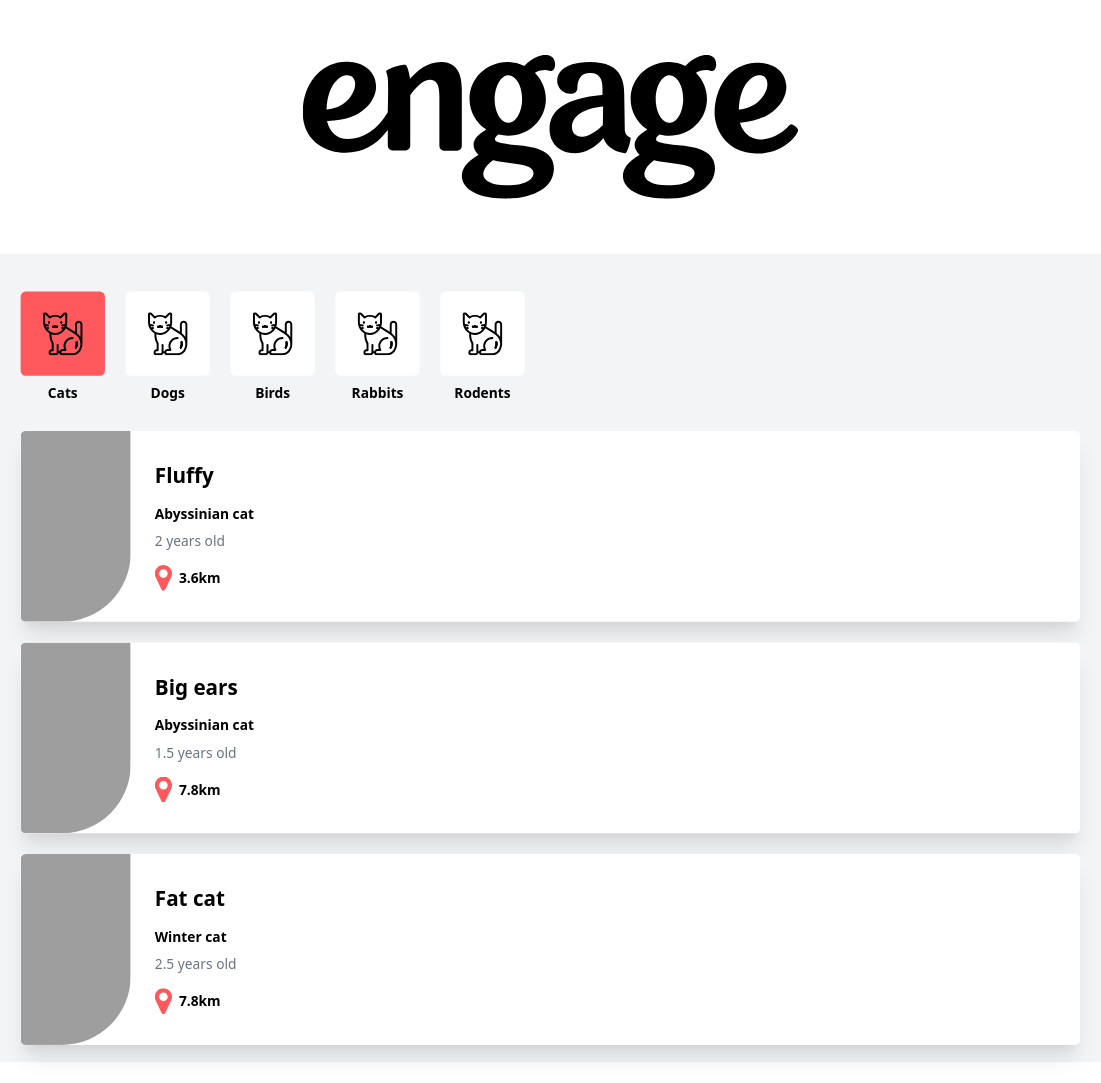
Repository: DaveBaulch/engage-tech-test
Page: /
The author's editor kept a copy of each file at every save. The page is drawn from the files as they stood at one save, then again after the next save.
The browser window is 1280 px wide. The pictures show the whole page, at 86% of full size.
Pictures or frames that could not be fetched are drawn as grey boxes. The project was rebuilt for these pictures with package versions that can differ from the ones it lists, and the page was loaded fresh each time. Also part of the build but not shown: src/store/index.js.

Above is the page before, as saved 2021-05-25 22:56:09.

### src/main.js
import Vue from "vue";
import App from "./App.vue";
import router from "./router";
import store from "./store";
import "./tailwind.css";
import VueMeta from "vue-meta";
import gsap from "gsap";

Vue.config.productionTip = false;
Vue.use(VueMeta);

const animationIsOkay = window.matchMedia(
  "(prefers-reduced-motion:no-preference)"
).matches;

if (animationIsOkay) {
  // setup types
  const setups = {
    hide: {
      opacity: 0,
    },
  };
  setups.hideLeft = { ...setups.hide, x: -40 };
  setups.hideRight = { ...setups.hide, x: 40 };
  setups.hideUp = { ...setups.hide, y: -40 };
  setups.hideDown = { ...setups.hide, y: 40 };
  setups.hideDownFar = { ...setups.hide, y: 100 };

  // animation types
  const animations = {
    appear: {
      duration: 0.6,
      opacity: 1,
      delay: 0,
      x: 0,
      y: 0,
    },
  };
  animations.appearLong = { ...animations.appear, duration: 0.9 };
  animations.appearLongDelay = { ...animations.appearLong, delay: 0.6 };
  animations.appearShort = { ...animations.appear, duration: 0.3 };
  animations.appearShortDelay = { ...animations.appear, delay: 0.3 };
  animations.appearDelay = { ...animations.appear, delay: 0.6 };

  /**
   * v-animate directive
   * v-animate:appear
   * v-animate="{duration: 1, opacity: 1}"
   * v-animate:appear="{duration: 0.2}"
   * v-animate:appear.hide
   * v-animate.hide="{duration: 1, opacity: 1}"
   * v-animate:appear.hide="{duration: 0.2}"
   */

  Vue.directive("animate", {
    // apply setups
    bind(el, binding) {
      let setup = Object.keys(binding.modifiers);
      if (!setup.length) {
        // check for dynamic modifier
        setup = binding.arg.split(".").slice(1);
        setup = binding.arg;
      }
      if (setup.length) {
        setup.forEach((setup) => {
          gsap.set(el, setups[setup]);
        });
      }
    },

    // apply animation
    inserted(el, binding) {
      if (!binding.arg && !binding.value) {
        return; // there is no animation, only a setup
      }

      // remove any dynamic modifiers from the arg
      let arg;
      if (binding.arg) {
        [arg] = binding.arg.split(".");
      }

      // get the animation data from the argument or the value if set
      let animation = arg ? { ...animations[arg] } : binding.value;

      // override default options of animation when both argument and value exist
      if (arg && binding.value) {
        animation = { ...animation, ...binding.value };
      }

      // run gsap on element with animation data
      if (el.nodeName === "IMG" && !el.complete) {
        el.addEventListener("load", () => gsap.to(el, animation));
      } else {
        gsap.to(el, animation);
      }
    },
  });
}

new Vue({
  router,
  store,
  created() {
    const html = document.documentElement; // returns the html tag
    html.setAttribute("lang", "en");
  },
  render: (h) => h(App),
}).$mount("#app");

### src/App.vue
<template>
  <div id="app">
    <transition name="slide" mode="out-in">
      <router-view></router-view>
    </transition>
  </div>
</template>

<script>
export default {
  name: "App",
};
</script>

<style>
.slide-enter-active {
  animation: slide-in 200ms ease-out forwards;
}

.slide-leave-active {
  animation: slide-out 200ms ease-out forwards;
}

@keyframes slide-in {
  from {
    opacity: 0;
    transform: translateY(-30px);
  }
  to {
    opacity: 1;
    transform: translateY(0);
  }
}

@keyframes slide-out {
  from {
    opacity: 1;
    transform: translateY(0);
  }
  to {
    opacity: 0;
    transform: translateY(-30px);
  }
}

/* If animations are reduced at the OS level, use simpler transitions */
@media screen and (prefers-reduced-motion: reduce) {
  .slide-enter-active,
  .slide-leave-active {
    animation: none !important;
  }
}
</style>

### src/router/index.js
import Vue from 'vue';
import VueRouter from 'vue-router';
import Index from '../views/Index.vue';

Vue.use(VueRouter);

const routes = [
  {
    path: '/index/:categoryId',
    name: 'index',
    component: Index
  },
  {
    path: '/detail/:itemId',
    name: 'detail',
    // route level code-splitting
    // this generates a separate chunk (about.[hash].js) for this route
    // which is lazy-loaded when the route is visited.
    component: () =>
      import(/* webpackChunkName: "about" */ '../views/Detail.vue')
  },
  {
    path: '/enquire/:itemId',
    name: 'enquire',
    component: () =>
      import(/* webpackChunkName: "about" */ '../views/Enquire.vue')
  },
  { path: '*', redirect: '/index/cats' }
];

const router = new VueRouter({
  mode: 'history',
  base: process.env.BASE_URL,
  routes
});

export default router;

### src/views/Index.vue
<template>
  <div>
    <TheHeader />
    <main class="bg-gray-100" role="main">
      <TheNavigation />
      <TheItemList />
    </main>
  </div>
</template>

<script>
// @ is an alias to /src
import TheHeader from "@/components/global/TheHeader.vue";
import TheNavigation from "@/components/global/TheNavigation.vue";
import TheItemList from "@/components/ItemList.vue";

export default {
  name: "Home",
  components: {
    TheHeader,
    TheNavigation,
    TheItemList,
  },
  metaInfo() {
    return {
      title: "Index",
    };
  },
};
</script>

### src/components/global/TheHeader.vue
<template>
  <header class="p-16">
    <h1>
      <TheLogo
        width="50%"
        class="flex justify-center motion-reduce:transition-none"
        v-animate:appearShortDelay.hideUp
      />
    </h1>
  </header>
</template>

<script>
import TheLogo from "@/components/global/TheLogo";

export default {
  name: "TheHeader",
  components: {
    TheLogo,
  },
};
</script>

### src/components/global/TheNavigation.vue
<template>
  <nav aria-label="Categories">
    <ul class="flex items-start p-6 overflow-x-scroll mr-6" role="list">
      <TheNavigationItem
        v-for="item in navData"
        :itemData="item"
        :key="item.id"
      >
        <component :is="item.icon" width="50" height="50"></component>
      </TheNavigationItem>
    </ul>
  </nav>
</template>

<script>
import TheNavigationItem from "@/components/global/NavigationItem";
import IconCat from "@/assets/icon-cat";
import gsap from "gsap";

export default {
  name: "TheNavigation",
  components: {
    TheNavigationItem,
    IconCat,
  },
  computed: {
    navData() {
      return this.$store.getters["getCategorys"];
    },
  },
  mounted() {
    const animationIsOkay = window.matchMedia(
      "(prefers-reduced-motion:no-preference)"
    ).matches;

    if (animationIsOkay) {
      gsap.fromTo(
        ".nav-item",
        {
          y: 0,
          opacity: 0,
        },
        {
          y: 20,
          opacity: 1,
          duration: 0.5,
          stagger: {
            each: 0.25,
          },
        }
      );
    }
  },
};
</script>

### src/components/ItemList.vue
<template>
  <nav aria-live="polite" aria-label="Category items">
    <ul class="m-6 pt-6" role="list">
      <ItemListItem
        v-for="item in categoryItems"
        :itemData="item"
        :key="item.id"
        motion-reduce:transition-none
        motion-reduce:transform-none
      />
    </ul>
  </nav>
</template>

<script>
import ItemListItem from "@/components/ItemListItem";
import gsap from "gsap";

export default {
  name: "ItemList",
  components: {
    ItemListItem,
  },
  computed: {
    categoryItems() {
      return this.$store.getters.getCategoryItems(
        this.$route.params.categoryId
      );
    },
  },
  methods: {
    forceRerender() {
      const animationIsOkay = window.matchMedia(
        "(prefers-reduced-motion:no-preference)"
      ).matches;

      if (animationIsOkay) {
        gsap.fromTo(
          ".list-item",
          {
            y: 0,
            opacity: 0,
          },
          {
            y: -20,
            opacity: 1,
            duration: 1,
            stagger: {
              each: 0.5,
            },
          }
        );
      }
    },
  },
  mounted() {
    this.forceRerender();
  },
  updated() {
    this.forceRerender();
  },
};
</script>

### src/components/ui/BasePin.vue
<template>
  <div class="flex items-center mt-4">
    <img :src="pin" alt="" role="presentation" width="20" />
    <p v-html="location" class="font-semibold ml-2" />
  </div>
</template>

<script>
import mapPin from "@/assets/icon-map-pin.svg";

export default {
  name: "BasePin",
  props: {
    location: {
      type: String,
      default: "",
      required: true,
    },
  },
  data() {
    return {
      pin: mapPin,
    };
  },
};
</script>

### src/components/global/TheLogo.vue
<template>
  <router-link to="/"
    ><img :src="logo" :alt="alt" :width="width"
  /></router-link>
</template>

<script>
import logo from '@/assets/logo.svg';

export default {
  name: 'TheLogo',
  props: {
    src: {
      type: String,
      default: logo,
      required: false
    },
    alt: {
      type: String,
      default: 'Engage',
      required: false
    },
    width: {
      type: String,
      default: '100%',
      required: false
    }
  },

  data() {
    return {
      logo: this.src || logo
    };
  }
};
</script>

### src/components/global/NavigationItem.vue
<template>
  <li class="nav-item mr-6">
    <router-link
      :to="{ name: 'index', params: { categoryId: itemData.categoryId } }"
    >
      <div class="flex flex-col bg-white p-6 mb-2 rounded-md">
        <slot></slot>
      </div>
      <span class="flex justify-center font-semibold">
        {{ itemData.title }}
      </span>
    </router-link>
  </li>
</template>

<script>
export default {
  name: "NavigationItem",

  props: {
    itemData: {
      type: Object,
      required: true,
    },
  },
};
</script>

<style scoped>
.router-link-active div {
  background-color: #ff585d;
}

.router-link-active svg {
  fill: #ffffff !important;
}
</style>

### src/assets/icon-cat.vue
<template>
  <svg
    xmlns="http://www.w3.org/2000/svg"
    viewBox="0 0 512 512"
    width="50px"
    height="50px"
  >
    <circle cx="93.001" cy="122.066" r="11.429" />

    <path
      d="M199.706,166.954c-2.863-5.06-9.291-6.825-14.339-3.95c-1.017,0.573-2.676,1.18-4.78,0.736
			c-2.384-0.503-4.347-2.255-5.095-4.569l-0.012,0.012c-1.017-3.085-3.412-5.656-6.72-6.743c-5.528-1.8-11.465,1.215-13.264,6.731
			c-0.76,2.314-2.711,4.067-5.107,4.569c-2.092,0.444-3.751-0.164-4.78-0.736c-5.049-2.875-11.464-1.11-14.339,3.95
			c-2.863,5.049-1.099,11.465,3.95,14.339c4.219,2.396,8.964,3.635,13.755,3.635c1.905,0,3.833-0.199,5.738-0.596
			c3.95-0.83,7.608-2.513,10.763-4.838c3.167,2.326,6.837,4.008,10.798,4.838c1.893,0.397,3.822,0.596,5.738,0.596
			c4.78,0,9.525-1.239,13.743-3.635C200.805,178.419,202.581,172.003,199.706,166.954z"
    />

    <circle cx="237.985" cy="122.066" r="11.429" />

    <path
      d="M423.791,344.933c-0.729-0.191-1.481-0.313-2.246-0.359c-1.147-0.069-2.324,0.031-3.499,0.32
				c-6.264,1.543-10.097,7.877-8.555,14.141c4.85,19.657,1.858,40.12-8.414,57.603c-3.272,5.563-1.414,12.727,4.16,15.987
				c1.858,1.099,3.892,1.613,5.902,1.613c4.008,0,7.912-2.057,10.086-5.761c1.254-2.135,2.426-4.305,3.513-6.504
				c1.087-2.199,2.09-4.429,3.009-6.684c0.612-1.503,1.187-3.018,1.724-4.544c2.417-6.864,4.068-13.936,4.939-21.109
				c0.097-0.797,0.184-1.595,0.261-2.394c0.155-1.599,0.271-3.201,0.349-4.807c0.155-3.212,0.155-6.436-0.002-9.664
				c-0.078-1.614-0.196-3.228-0.353-4.842c-0.235-2.421-0.559-4.841-0.972-7.255c-0.275-1.61-0.59-3.217-0.945-4.821
				c-0.177-0.802-0.365-1.603-0.562-2.403c-0.328-1.332-0.883-2.545-1.598-3.629c-0.336-0.509-0.698-0.996-1.104-1.441
				c-0.254-0.279-0.521-0.544-0.799-0.796c-0.445-0.402-0.926-0.758-1.425-1.087C426.199,345.795,425.031,345.258,423.791,344.933z"
    />
    <path
      d="M490.036,373.97c0.012-0.222,0.035-0.456,0.035-0.69V145.848c0-11.862-4.616-23.011-12.995-31.367
				c-8.391-8.368-19.517-12.984-31.355-12.984c-24.46,0-44.351,19.891-44.351,44.351v88.432L300.106,170.32
				c5.843-16.455,8.952-33.739,8.952-50.965V24.273C309.058,10.892,298.166,0,284.785,0c-6.159,0-12.037,2.314-16.536,6.509
				c-0.105,0.094-0.199,0.187-0.304,0.292l-41.405,41.406c-18.605-10.436-39.512-15.917-61.051-15.917
				c-21.538,0-42.457,5.481-61.051,15.917L63.032,6.802c-0.105-0.105-0.199-0.199-0.304-0.292C58.229,2.314,52.351,0,46.192,0
				C32.811,0,21.919,10.892,21.919,24.273v95.082c0,38.133,15.204,76.617,41.698,105.588c10.506,11.488,22.251,21.001,34.861,28.398
				c-0.619,7.573-0.83,15.263-0.619,22.952c0.923,34.452,10.202,68.331,26.821,98.296v66.368h-0.444
				c-19.587,0-35.527,15.929-35.527,35.515v13.077c0,12.376,10.074,22.45,22.438,22.45h60.49c15.228,0,28.223-9.77,33.05-23.373
				h12.224v0.257c0,12.738,10.366,23.116,23.104,23.116h133.648c34.522,0,67.315-16.653,87.696-44.526
				c0.012,0,0.012-0.012,0.012-0.012c2.185-2.968,4.254-6.124,6.159-9.396c0.035-0.047,0.058-0.093,0.094-0.14
				c0.07-0.128,0.152-0.257,0.234-0.397C483.596,431.293,490.725,402.415,490.036,373.97z M80.854,209.166
				c-2.419-2.653-4.721-5.399-6.918-8.227l8.449-0.713c6.428-0.549,11.207-6.206,10.658-12.633
				c-0.538-6.439-6.194-11.207-12.633-10.658l-20.603,1.741c-2.115-4.16-3.997-8.426-5.668-12.762l25.734,3.412
				c0.514,0.07,1.028,0.093,1.543,0.093c5.773,0,10.798-4.266,11.57-10.144c0.853-6.404-3.646-12.283-10.05-13.124l-35.656-4.733
				c-1.297-7.304-1.987-14.69-1.987-22.064V24.273c0-0.491,0.409-0.9,0.9-0.9c0.082,0,0.304,0,0.538,0.175l47.693,47.705
				c3.95,3.938,10.121,4.546,14.76,1.449c16.688-11.149,36.158-17.039,56.306-17.039c20.136,0,39.617,5.89,56.306,17.039
				c4.64,3.097,10.81,2.489,14.76-1.449l47.693-47.705c0.234-0.175,0.456-0.175,0.538-0.175c0.491,0,0.9,0.409,0.9,0.9v95.082
				c0,7.374-0.678,14.76-1.987,22.064l-35.667,4.733c-6.393,0.841-10.892,6.72-10.05,13.124c0.783,5.878,5.797,10.144,11.57,10.144
				c0.514,0,1.028-0.035,1.554-0.094l25.734-3.412c-1.659,4.336-3.553,8.601-5.668,12.762l-20.615-1.741
				c-6.439-0.549-12.084,4.219-12.633,10.658c-0.538,6.428,4.231,12.084,10.658,12.633l8.461,0.713
				c-2.197,2.828-4.499,5.574-6.918,8.227c-23.174,25.325-53.232,39.267-84.634,39.267S104.029,234.491,80.854,209.166z
				 M447.871,445.41l-5.539,8.484c-16.022,21.749-41.674,34.732-68.67,34.732H240.282V475c0-7.514,6.1-13.627,13.615-13.627h34.581
				c4.125,0,7.935-2.174,10.05-5.726c2.104-3.541,2.185-7.935,0.21-11.558c-6.766-12.411-10.343-26.505-10.343-40.739
				c0-47.027,38.25-85.277,85.265-85.277c6.451,0,11.687-5.236,11.687-11.687c0-6.463-5.236-11.687-11.687-11.687
				c-59.905,0-108.638,48.733-108.638,108.65c0,11.803,1.928,23.525,5.656,34.651h-16.782c-17.027,0-31.39,11.57-35.679,27.253
				h-11.523v-74.712c0-6.463-5.236-11.687-11.687-11.687c-6.463,0-11.687,5.224-11.687,11.687v86.399
				c0,6.439-5.247,11.687-11.687,11.687h-59.555v-12.154c0-6.696,5.458-12.142,12.154-12.142h12.131
				c6.451,0,11.687-5.236,11.687-11.687v-77.949c0.631-2.781,0.269-5.797-1.274-8.461c-15.87-27.405-24.705-58.725-25.547-90.571
				c-0.105-3.88-0.082-7.76,0.047-11.616c14.164,5.107,29.041,7.76,44.21,7.76c38.051,0,74.221-16.642,101.872-46.863
				c9.151-10.004,16.946-21.129,23.233-32.991l110.8,69.979C465.05,302.109,485.431,382.677,447.871,445.41z M466.698,295.413
				L466.698,295.413c-10.6-17.284-24.67-32.898-41.955-45.765v-103.8c0-11.57,9.408-20.977,20.977-20.977
				c5.598,0,10.868,2.185,14.842,6.147c3.95,3.95,6.135,9.221,6.135,14.83V295.413z"
    />

    <circle cx="93.001" cy="122.066" r="11.429" />

    <path
      d="M199.706,166.954c-2.863-5.06-9.291-6.825-14.339-3.95c-1.017,0.573-2.676,1.18-4.78,0.736
			c-2.384-0.503-4.347-2.256-5.095-4.569l-0.012,0.012c-1.017-3.085-3.412-5.656-6.72-6.743c-5.528-1.8-11.465,1.215-13.264,6.732
			c-0.76,2.314-2.711,4.067-5.107,4.569c-2.092,0.444-3.751-0.164-4.78-0.736c-5.049-2.875-11.464-1.11-14.339,3.95
			c-2.863,5.049-1.099,11.465,3.95,14.339c4.219,2.396,8.964,3.635,13.755,3.635c1.905,0,3.833-0.199,5.738-0.596
			c3.95-0.83,7.608-2.513,10.763-4.838c3.167,2.326,6.837,4.008,10.798,4.838c1.893,0.397,3.822,0.596,5.738,0.596
			c4.78,0,9.525-1.239,13.743-3.635C200.805,178.419,202.581,172.003,199.706,166.954z"
    />

    <circle cx="237.985" cy="122.066" r="11.429" />

    <path
      d="M432.187,353.448c-1.543-6.264-7.877-10.097-14.141-8.555c-6.264,1.543-10.097,7.877-8.555,14.141
			c4.85,19.657,1.858,40.12-8.414,57.603c-3.272,5.563-1.414,12.727,4.16,15.987c1.858,1.099,3.892,1.613,5.902,1.613
			c4.008,0,7.912-2.057,10.086-5.761C434.606,405.699,438.498,379.054,432.187,353.448z"
    />

    <circle cx="93.001" cy="122.066" r="11.429" />

    <circle cx="237.985" cy="122.066" r="11.429" />

    <path
      d="M199.706,166.954c-2.863-5.06-9.291-6.825-14.339-3.95c-1.017,0.573-2.676,1.18-4.78,0.736
			c-2.384-0.503-4.347-2.256-5.095-4.569l-0.012,0.012c-1.017-3.085-3.412-5.656-6.72-6.743c-5.528-1.8-11.465,1.215-13.264,6.732
			c-0.76,2.314-2.711,4.067-5.107,4.569c-2.092,0.444-3.751-0.164-4.78-0.736c-5.049-2.875-11.464-1.11-14.339,3.95
			c-2.863,5.049-1.099,11.465,3.95,14.339c4.219,2.396,8.964,3.635,13.755,3.635c1.905,0,3.833-0.199,5.738-0.596
			c3.95-0.83,7.608-2.513,10.763-4.838c3.167,2.326,6.837,4.008,10.798,4.838c1.893,0.397,3.822,0.596,5.738,0.596
			c4.78,0,9.525-1.239,13.743-3.635C200.805,178.419,202.581,172.003,199.706,166.954z"
    />

    <path
      d="M432.187,353.448c-1.543-6.264-7.877-10.097-14.141-8.555c-6.264,1.543-10.097,7.877-8.555,14.141
			c4.85,19.657,1.858,40.12-8.414,57.603c-3.272,5.563-1.414,12.727,4.16,15.987c1.858,1.099,3.892,1.613,5.902,1.613
			c4.008,0,7.912-2.057,10.086-5.761C434.606,405.699,438.498,379.054,432.187,353.448z"
    />
  </svg>
</template>

### src/components/ItemListItem.vue
<template>
  <li class="mb-6">
    <router-link
      :to="{ name: 'detail', params: { itemId: itemData.id } }"
      class="list-item"
    >
      <article class="flex bg-white rounded-md shadow-xl">
        <div
          class="
            overflow-hidden
            rounded-tl-md rounded-bl-md rounded-br-md rounded-br-card
            w-32
          "
        >
          <img
            :src="itemData.image"
            :alt="itemData.name"
            class="object-cover h-full"
          />
        </div>
        <div class="p-7 flex-1">
          <dl>
            <dt>
              <h2 class="text-2xl font-bold mt-2">{{ itemData.name }}</h2>
            </dt>
            <dd class="text-l font-semibold mt-4">
              <p v-html="itemData.type" />
            </dd>
            <dd class="mt-2">
              <p class="text-gray-500" v-html="itemData.age" />
            </dd>
            <dd>
              <MapPin :location="itemData.location" />
            </dd>
          </dl>
        </div>
      </article>
    </router-link>
  </li>
</template>

<script>
import MapPin from "@/components/ui/BasePin";

export default {
  name: "BaseCard",
  components: {
    MapPin,
  },
  props: {
    itemData: {},
  },
};
</script>

### tailwind.config.js
module.exports = {
  purge: ["./index.html", "./src/**/*.{vue,js,ts,jsx,tsx}"],
  darkMode: false, // or 'media' or 'class'
  theme: {
    borderRadius: {
      none: "0",
      sm: "0.125rem",
      md: "0.375rem",
      lg: "0.5rem",
      full: "9999px",
      large: "12px",
      card: "5rem",
    },
    extend: {
      colors: {
        "brand-red": "#ff585d",
      },
    },
  },
  variants: {
    transitionProperty: ["responsive", "motion-safe", "motion-reduce"],
  },
  plugins: [],
};

Loaded but not shown: public/index.html (common file); src/tailwind.css (common file); src/assets/css/tailwind.css (common file)

After the next save:
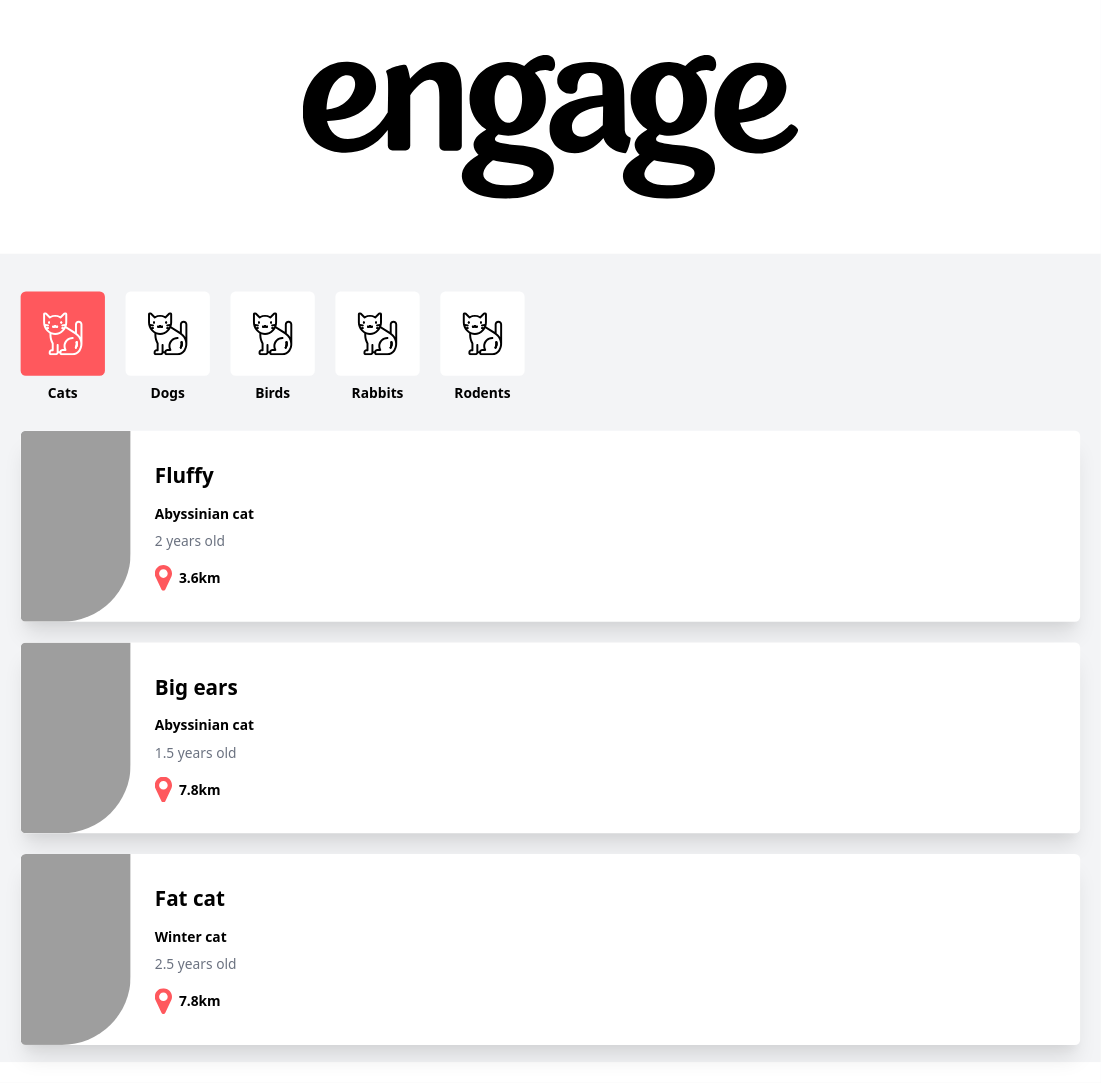
Saved 4 s later.
--- a/src/components/global/TheNavigation.vue
+++ b/src/components/global/TheNavigation.vue
@@ -53,3 +53,13 @@ export default {
   },
 };
 </script>
+
+<style scoped>
+.router-link-active div {
+  background-color: #ff585d;
+}
+
+.router-link-active svg {
+  fill: #ffffff !important;
+}
+</style>
